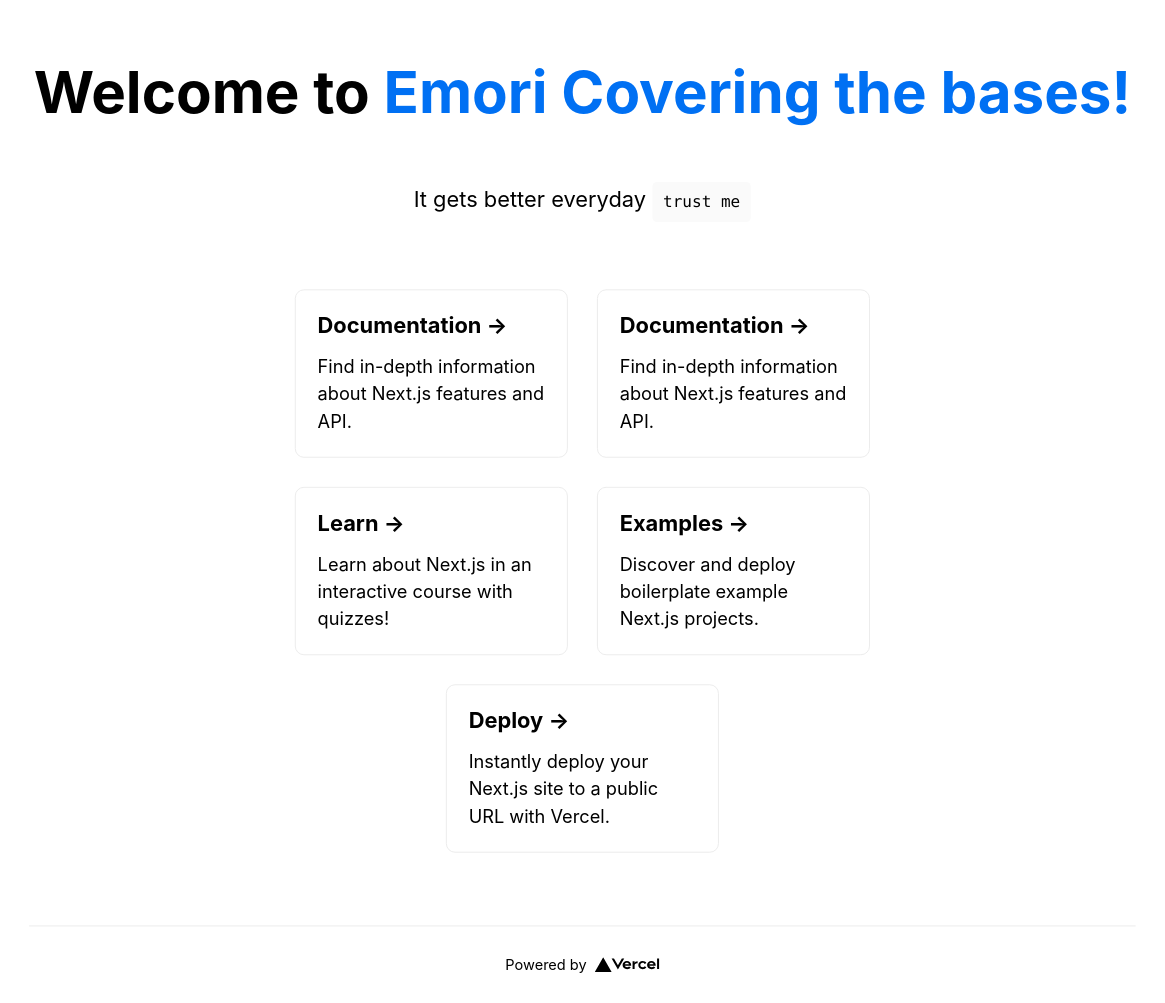
Repository: emorilebo/next-linkedin-training
Page: /
These files come from the project's save history. The page is drawn as it stood at one moment and after the next save; the edit follows.
The browser window is 1280 px wide. The pictures show the whole page, at 91% of full size.
The project was rebuilt for these pictures with package versions that can differ from the ones it lists, and the page was loaded fresh each time. The framework's server and built-in components were replaced by stand-ins that run in the browser. Also part of the build but not shown: next.config.js.

Above is the page before, as saved 2022-12-25 17:56:07.

After the next save:
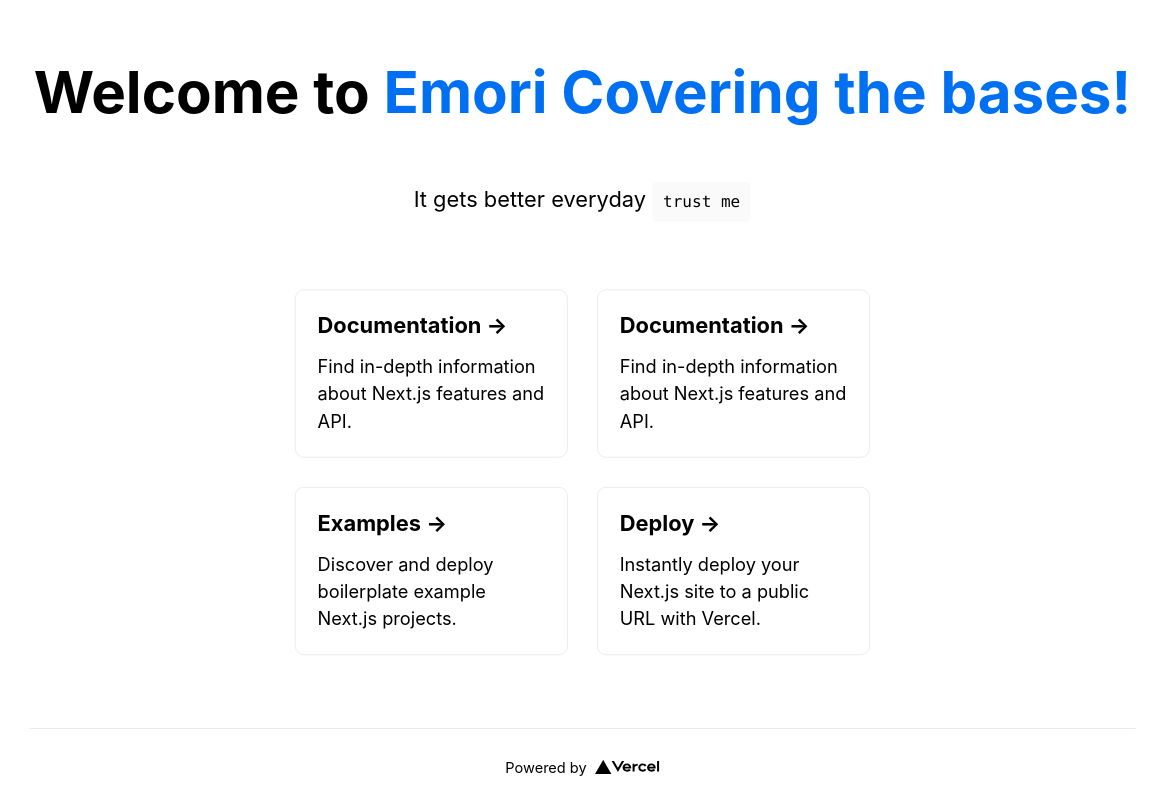
Saved 117 s later.
--- a/pages/index.js
+++ b/pages/index.js
@@ -34,10 +34,6 @@
             <p>Find in-depth information about Next.js features and API.</p>
           </Link>
 
-          <a href="https://nextjs.org/learn" className={styles.card}>
-            <h2>Learn &rarr;</h2>
-            <p>Learn about Next.js in an interactive course with quizzes!</p>
-          </a>
 
           <a
             href="https://github.com/vercel/next.js/tree/canary/examples"
